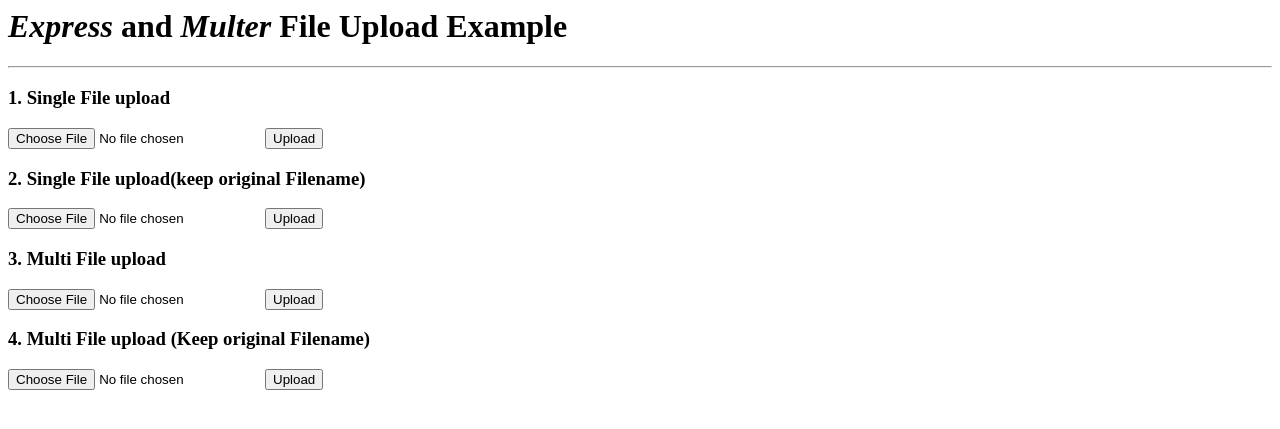
Repository: pys5205/anew
Page: http://localhost/
The author's editor kept a record of every edit. The page is drawn from the files as they stood at one moment, then again after the next edit.
The browser window is 1280 px wide. The pictures show the whole page.
The page is served by the project's Node server (node/multer/app.js).

Above is the page before.

### node/multer/views/upload.ejs
<h1><i>Express</i> and <i>Multer</i> File Upload Example</h1>
<hr>

<h3>1. Single File upload</h3>
<from action="./uploadFile" enctype="multipart/form-data" method="post">
  <input type="file" name="attachment">
  <button type="submit" class="btn btn-primary">Upload</button>
</from>

<h3>2. Single File upload(keep original Filename)</h3>
<from action="./uploadFileWithOriginalFilename" enctype="multipart/form-data" method="post">
  <input type="file" name="attachment">
  <button type="submit" class="btn btn-primary">Upload</button>
</from>

<h3>3. Multi File upload</h3>
<from action="./uploadFiles" enctype="multipart/form-data" method="post">
  <input type="file" name="attachments">
  <button type="submit" class="btn btn-primary">Upload</button>
</from>

<h3>4. Multi File upload (Keep original Filename)</h3>
<from action="./uploadFile" enctype="multipart/form-data" method="post">
  <input type="file" name="attachment">
  <button type="submit" class="btn btn-primary">Upload</button>
</from>

### node/multer/app.js
const express = require('express');
const morgan = require('morgan');
const path = require('path');
const app = express();
const bodyParser = require('body-parser');
const cookieParser = require('cookie-parser');
const router = express.Router();

// view engine setup
app.set('views', path.join(__dirname, 'views'))
app.set('view engine','ejs')
app.set('port', process.env.PORT || 3000)

app.use(morgan('dev'));
app.use(bodyParser.json());
app.use(bodyParser.urlencoded({ extended: false }));
app.use(cookieParser());

// routes setup
var main = require('./routes/main.js');
app.use('/', main);

app.listen(app.get('port'), () =>{
	console.log('3000 Port : 서버 실행 중')
});

### node/multer/routes/main.js
const express = require('express');
var router = express.Router();
var multer = require('multer');

var storage = multer.diskStorage({
    destination(req, file, cb) {
        cb(null, 'uploadedFiles/');
    },
    filename(req, file, cb) {
        cb(null, `${Date.now()}__${file.originalname}`)
    }
})

var upload = multer({ dest : 'uploadedFiles/' })
var uploadWithOriginalFilename = multer({ storage : storage })

router.get('/', function(req, res) {
    res.render('upload');
})

router.post('/uploadFile', upload.single('attachment'), function(req, res) {
    res.render('confirmation', { file : req.file, files : null});
})

router.post('/uploadFileWithOriginalFilename', uploadWithOriginalFilename.single('attachment'), function(req, res) {
    res.render('confirmation', { file : req.file, files : null});
})

router.post('/uploadFiles', upload.array('attachments'), function(req, res) {
    res.render('confirmation', { file : null, files : req.files });
})

router.post('/uploadFilesWithOriginalFilename', uploadWithOriginalFilename.array('attachments'), function(req, res) {
    res.render('confirmation', { file : null, files : req.files });
})

module.exports = router;

After the next edit:
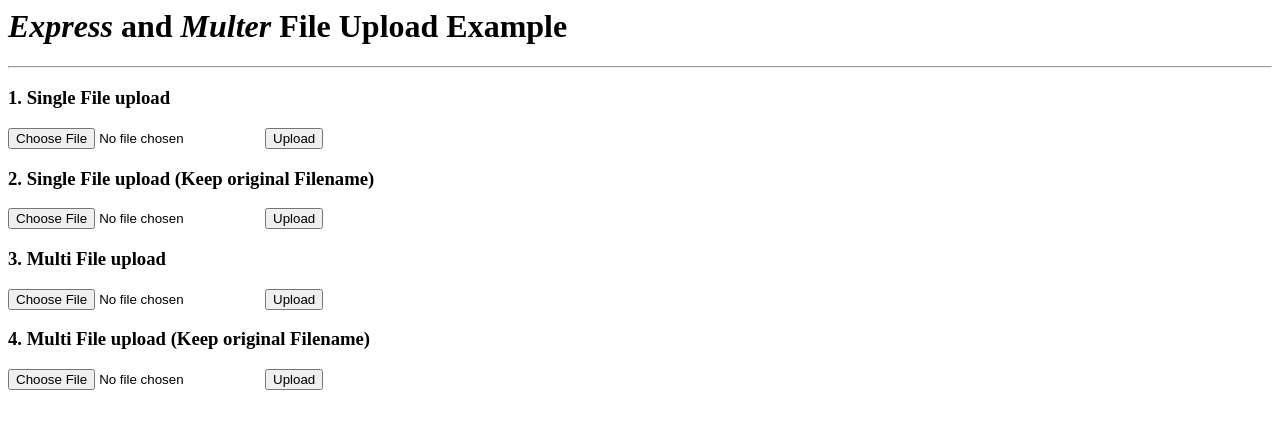
The edit:
--- a/node/multer/views/upload.ejs
+++ b/node/multer/views/upload.ejs
@@ -2,25 +2,25 @@
 <hr>
 
 <h3>1. Single File upload</h3>
-<from action="./uploadFile" enctype="multipart/form-data" method="post">
+<form action="./uploadFile" enctype="multipart/form-data" method="post">
   <input type="file" name="attachment">
   <button type="submit" class="btn btn-primary">Upload</button>
-</from>
+</form>
 
-<h3>2. Single File upload(keep original Filename)</h3>
-<from action="./uploadFileWithOriginalFilename" enctype="multipart/form-data" method="post">
+<h3>2. Single File upload (Keep original Filename)</h3>
+<form action="./uploadFileWithOriginalFilename" enctype="multipart/form-data" method="post">
   <input type="file" name="attachment">
   <button type="submit" class="btn btn-primary">Upload</button>
-</from>
+</form>
 
 <h3>3. Multi File upload</h3>
-<from action="./uploadFiles" enctype="multipart/form-data" method="post">
+<form action="./uploadFiles" enctype="multipart/form-data" method="post">
   <input type="file" name="attachments">
   <button type="submit" class="btn btn-primary">Upload</button>
-</from>
+</form>
 
 <h3>4. Multi File upload (Keep original Filename)</h3>
-<from action="./uploadFile" enctype="multipart/form-data" method="post">
-  <input type="file" name="attachment">
+<form action="./uploadFilesWithOriginalFilename" enctype="multipart/form-data" method="post">
+  <input type="file" name="attachments">
   <button type="submit" class="btn btn-primary">Upload</button>
-</from>
+</form>
